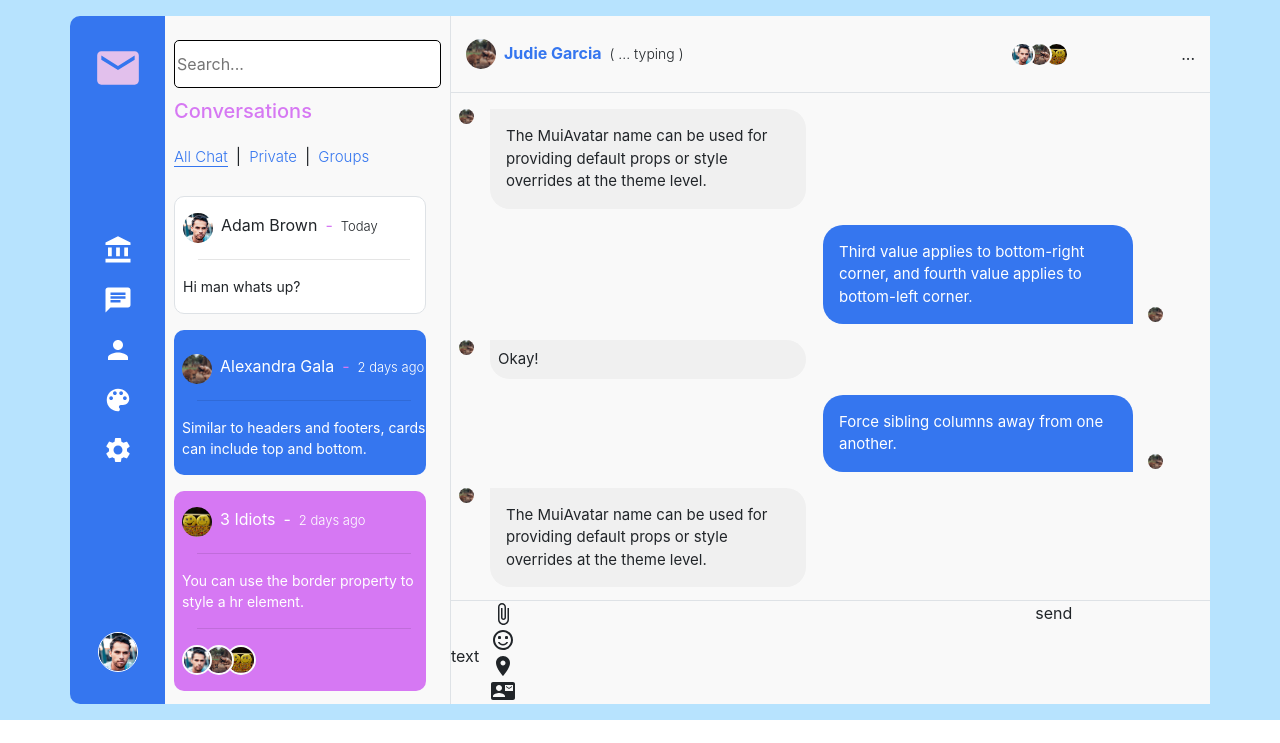
Repository: arafat877/super-chat
Page: /
An editor plug-in stored every save of this project. The page is shown before and after the next save, followed by the edit.
The browser window is 1280 px wide. The pictures show the whole page.
The project was rebuilt for these pictures with package versions that can differ from the ones it lists, and the page was loaded fresh each time.

Above is the page before, as saved 2020-08-07 02:42:04.

After the next save:
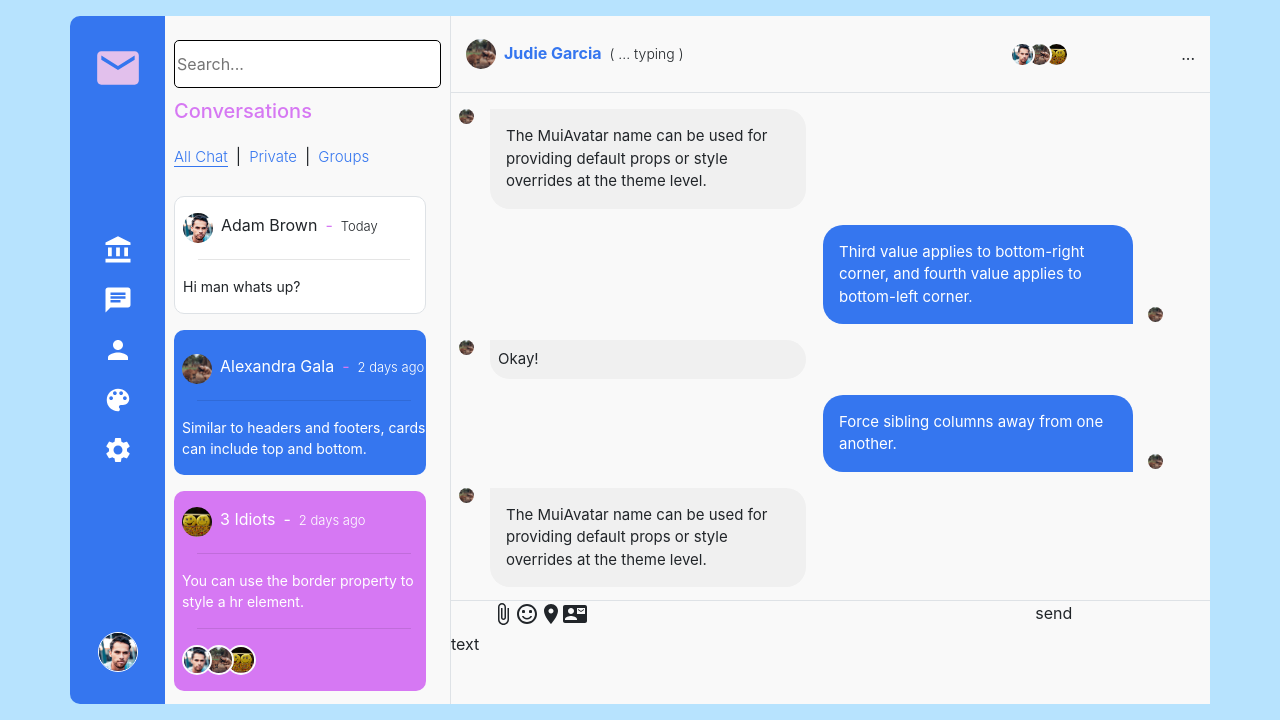
Saved 36 s later.
--- a/src/App.js
+++ b/src/App.js
@@ -265,16 +265,16 @@ function App() {
               <div className="col-md-9 container">
                 <div className="row inputEmoji">
                   <ul className="emojiList">
-                    <li className="emojiListItem">
+                    <li className="emojiListItem d-inline">
                       <AttachFile className="emojiListItemIcon" />
                     </li>
-                    <li className="emojiListItem">
+                    <li className="emojiListItem d-inline">
                       <SentimentSatisfiedAlt className="emojiListItemIcon" />
                     </li>
-                    <li className="emojiListItem">
+                    <li className="emojiListItem d-inline">
                       <Room className="emojiListItemIcon" />
                     </li>
-                    <li className="emojiListItem">
+                    <li className="emojiListItem d-inline">
                       <ContactMail className="emojiListItemIcon" />
                     </li>
                   </ul>
